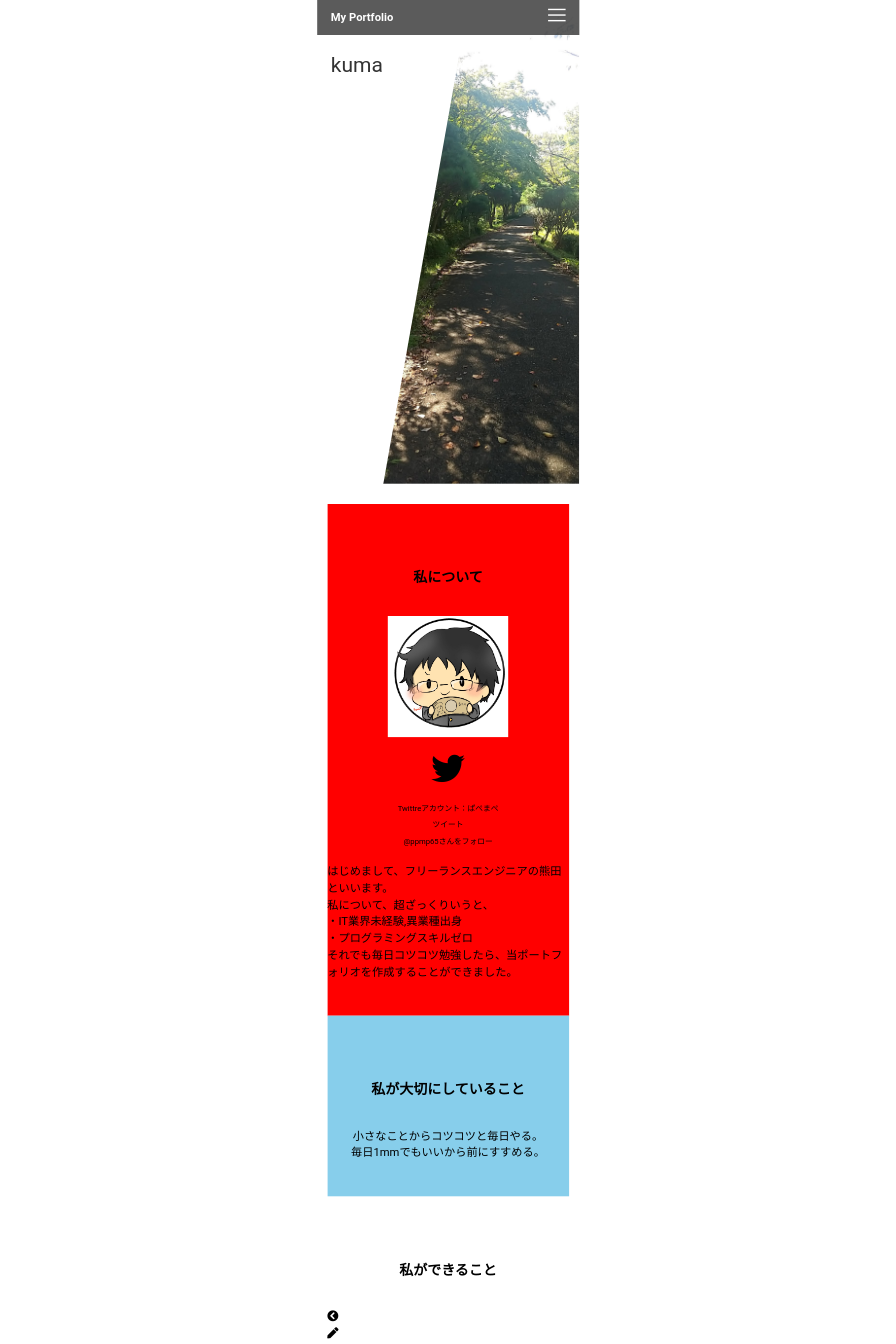
Repository: ppmp556/portfolio6
Page: index copy.html
The author's editor kept a copy of each file at every save. The page is drawn from the files as they stood at one save, then again after the next save.
The browser window is 1280 px wide. The pictures show the part of the page from y = 0 to 1920 px (the page is 3189 px tall), at 70% of full size.
Some web libraries are served in a nearby version. The style sheet was rebuilt from its Sass, Less or Tailwind sources for each picture, by a compiler version that may differ from the author's.

Above is the page before, as saved 2020-10-12 22:28:37.
Console error: TypeError: Cannot read properties of null (reading 'addEventListener')

### index copy.html
<!DOCTYPE html>
<html ja>
  <head>
    <meta charset="utf-8" />
    <meta
      name="viewport"
      content="width=device-width, initial-scale=1.0, maximum-scale=1.0, minimum-scale=1.0"
    />
    <title>ポートフォリオ</title>
    <link rel="stylesheet" href="css/faundation.css" />
    <link rel="stylesheet" href="css/main.css" />
    <link
      href="https://use.fontawesome.com/releases/v5.6.1/css/all.css"
      rel="stylesheet"
    />
    <script src="https://ajax.googleapis.com/ajax/libs/jquery/3.4.1/jquery.min.js"></script>
  </head>

  <body>
    <div class="container">

      <div class="kv" id="kv">
        <div class="kv_container">
          <p class="kv_ttl">kuma</p>
          <img src="images/道.jpg" alt="" class="kv_img">


          <!-- <img src="/images/3566338_s.jpg" alt="" class="kv_img"> -->
          <!-- <img src="/images/3566338_s.jpg" alt="" class="kv_img"> -->
          <!-- <img src="/images/3566338_s.jpg" alt="" class="kv_img"> -->
          <!-- <img src="/images/3566338_s.jpg" alt="" class="kv_img"> -->
          <div class="kv_wrapper line">
            <p class="kv_animetype">
                <!-- ポートフォリオ<span class="line_type">|</span> -->
            </p><!-- /.kv_animetype -->

          </div><!-- /.kv_wrapper -->
        </div><!-- /.kv_container -->
      </div>
      <!-- /#kv.kv -->

      <header class="header" id="top">
        <div class="header_inner flex">
          <h1 class="header_ttl"><a href="index.html">My Portfolio</a></h1>
          <!-- /.header_ttl -->

          <nav class="nav">
            <!-- ハンバーガーメニュー部分 -->

            <div class="nav_ham" id="nav_toggle">
              <span class="nav_line tg1"></span>
              <span class="nav_line tg2"></span>
              <span class="nav_line tg3"></span>
            </div>
            <!-- ハンバーガーメニューここまで -->

            <ul class="nav_list flex">
              <div class="nav_inner">
                <li class="nav_item">
                  <a href="#Top" class="nav_link">TOP</a>
                </li>
                <!-- /.nav_item -->
                <li class="nav_item">
                  <a href="#about" class="nav_link">Profile</a>
                </li>
                <!-- /.nav_item -->
                <li class="nav_item">
                  <a href="#skill" class="nav_link">Skill</a>
                </li>
                <!-- /.nav_item -->
                <li class="nav_item">
                  <a href="#blog" class="nav_link">Blog</a>
                </li>
                <!-- /.nav_item -->
                <li class="nav_item">
                  <a href="#create" class="nav_link">Create</a>
                </li>
                <!-- /.nav_item -->
              </div><!-- /.nav_inner -->
            </ul>
            <!-- /.nav_list -->
          </nav>
          <!-- /.nav -->
        </div><!-- /.header_inner -->
      </header>
      <!-- /.header -->



      <main class="main_container">
        <div class="inner">

          <section class="about" id="about">
            <h2 class="section_ttl">私について</h2>
            <!-- /.section_ttl -->

            <div class="section_inner">
              <div class="about_left">
                <div class="about_imgbox">
                  <img src="images/アイコン.jpg" alt="" class="about_img">
                  <div class="about_share">
                    <a href="" class="about_share_icon">
                      <i class="fab fa-twitter fa-3x share"></i>
                      <p class="about_sharetxt">Twittreアカウント：ぱぺまぺ</p>
                      <!-- /.about_sharetxt --> </a
                    ><!-- /.about_share_icon -->
                      <br>
                    <a
                      href="https://twitter.com/share"
                      class="twitter_share_button"
                      data-via="webgaku"
                      data-lang="ja"
                      >ツイート</a
                    >
                      <br>
                    <a
                      href="https://twitter.com/ppmp65"
                      class="twitter_follow_button"
                      data-show-count="false"
                      data-lang="ja"
                      >@ppmp65さんをフォロー</a
                    >
                  </div>
                  <!-- /.about_share -->
                </div>
                <!-- /.about_imgbox -->
              </div>
              <!-- /.about_left -->

              <div class="about_right">
                <p class="about_txt">
                  はじめまして、フリーランスエンジニアの熊田といいます。<br />
                  私について、超ざっくりいうと、<br />

                  ・IT業界未経験,異業種出身 <br />
                  ・プログラミングスキルゼロ<br />

                  それでも毎日コツコツ勉強したら、当ポートフォリオを作成することができました。
                </p>
                <!-- /.about_txt -->
              </div>
              <!-- /.about_right -->
            </div>
            <!-- /.section_inner -->
          </section>
          <!-- /#about.about -->

          <section class="policy" id="policy">
            <h2 class="section_ttl">私が大切にしていること</h2>
            <!-- /.section_ttl -->

            <div class="policy_animebox">
              <div class="policy_anime">
                <p class="policy_txt">
                  小さなことからコツコツと毎日やる。<br />
                  毎日1mmでもいいから前にすすめる。
                </p>
                <!-- /.policy_txt -->
              </div>
              <!-- /.policy_anime -->
            </div>
            <!-- /.policy_anime -->
          </section>
          <!-- /#policy.policy -->

          <section class="skill" id="skill">
            <div class="scroll_fade_row">
              <h2 class="section_ttl">私ができること</h2>
              <!-- /.section_ttl -->

              <div class="skill_box">
                <div class="skill_content">
                  <div class="slide_btn prev">
                    <i class="fas fa-chevron-circle-left"></i>
                  </div>
                  <!-- /.slide_btn -->

                  <div class="skill_inner">
                    <div class="skill_inbox slide active">
                      <i class="skillIcon fas fa-pen"></i>
                      <p class="skill_inboxttl">執筆</p>
                      <!-- /.skill_inboxttl -->
                      <p class="skill_txt">
                        文章を考えるのが好きです<br />
                        ブログ執筆で毎日1000～2000文字程度<br />
                        書いています。<br />
                        ブログは毎日1日1記事更新。
                      </p>
                      <!-- /.skill_txt -->
                    </div>
                    <!-- /.skill_inbox -->

                    <div class="skill_inbox slide active">
                      <i class="skillIcon fas fa-code"></i>
                      <p class="skill_inboxttl">コーディング</p>
                      <!-- /.skill_inboxttl -->
                      <p class="skill_txt">
                        独学とプログラミングスクール併用<br />
                        全くの知識ゼロから始めました。<br />
                      </p>
                      <!-- /.skill_txt -->
                    </div>
                    <!-- /.skill_inbox -->

                    <div class="skill_inbox slide active">
                      <i class="skillIcon fas fa-pen"></i>
                      <p class="skill_inboxttl">執筆</p>
                      <!-- /.skill_inboxttl -->
                      <p class="skill_txt">
                        文章を考えるのが好きです<br />
                        ブログ執筆で毎日1000～2000文字程度<br />
                        書いています。<br />
                        ブログは毎日1日1記事更新。
                      </p>
                      <!-- /.skill_txt -->
                    </div>
                    <!-- /.skill_inbox -->

                    <div class="skill_inbox slide active">
                      <i class="skillIcon fas fa-cog"></i>
                      <p class="skill_inboxttl">執筆</p>
                      <!-- /.skill_inboxttl -->
                      <p class="skill_txt">
                        文章を考えるのが好きです<br />
                        ブログ執筆で毎日1000～2000文字程度<br />
                        書いています。<br />
                        ブログは毎日1日1記事更新。
                      </p>
                      <!-- /.skill_txt -->
                    </div>
                    <!-- /.skill_inbox -->
                  </div>
                  <!-- /.skill_inner -->
                </div>
                <!-- /.skill_content -->
              </div>
              <!-- /.skill_box -->
            </div>
            <!-- /.scroll_fade_row -->
          </section>
          <!-- /#skill.skill -->

          <section class="blog" id="blog">
            <div class="scroll_fade_row">
              <h2 class="section_ttl">ブログ</h2>
              <!-- /.section_ttl -->

              <div class="section_inner">
                <h3 class="blog_txt">ぱぺまぺの低年収者のための資産運用計画</h3>
                <!-- /.blog_txt -->

                <div class="blog_imgbox">
                  <a href="https://ppmp556.com"
                    >https://ppmp556.com
                    <img
                      class="blogImg"
                      src="images/invest01.png"
                      alt="ブログ1"
                    />
                  </a>
                </div>
                <!-- /.blog_imgbox -->
                <div class="blog_txtbox">
                  <p class="blog_txt">
                    投資ブログです。<br />
                    資金が少なくてもできる投資や、<br />
                    初心者向けの投資、投資についての考え方や<br />
                    ヒントなどを発信しています。（1日1記事更新）
                  </p>
                  <!-- /.blog_txt -->
                </div>
                <!-- /.blog_txtbox -->
              </div>
              <!-- /.section_inner -->
            </div>
            <!-- /.scroll_fade_row -->
          </section>
          <!-- /#blog.blog -->

          <section class="create" id="create">
            <div class="scroll_fade_row">
              <h2 class="section_ttl">制作物</h2>
              <!-- /.section_ttl -->
              <div class="section_inner">
                <div class="create_imgbox">
                  <p class="create_ttl">ポートフォリオ<br />（このサイト）</p>
                  <!-- /.create_ttl -->

                  <!-- アコーディオンメニュー実装する -->
                </div>
                <!-- /.create_imgbox -->
              </div>
              <!-- /.section_inner -->
            </div>
            <!-- /.scroll_fade_row -->
          </section>
          <!-- /#create.create -->
        </div>
        <!-- /.inner -->
      </main>

      <footer class="footer">
        <ul class="footer_list">
          <li class="footer_nav">
            <a href="" class="footer_link"></a>
          </li>
          <!-- /.footer_nav -->
          <li class="footer_nav">
            <a href="" class="footer_link"></a>
          </li>
          <!-- /.footer_nav -->
          <li class="footer_nav">
            <a href="" class="footer_link"></a>
          </li>
          <!-- /.footer_nav -->
          <li class="footer_nav">
            <a href="" class="footer_link"></a>
          </li>
          <!-- /.footer_nav -->
          <li class="footer_nav">
            <a href="" class="footer_link"></a>
          </li>
          <!-- /.footer_nav -->
        </ul>
        <!-- /.footer_list -->

        <div class="footer_copy">
          <small class="footer_txt">@ copyright</small
          ><!-- /.footer_txt -->
        </div>
        <!-- /.footer_copy -->
      </footer>
      <!-- /.footer -->
    </div>
    <!-- /.container -->

    <!-- <btn id="page-top"><a href="#top">PAGE TOP</a></btn> -->
    <script src="https://code.jquery.com/jquery-3.4.1.js"></script>
    <script src="main.js"></script>
  </body>
</html>

### css/faundation.css
/*
html5doctor.com Reset Stylesheet
v1.6.1
Last Updated: 2010-09-17
Author: Richard Clark - http://richclarkdesign.com
Twitter: @rich_clark
*/

html,
body,
div,
span,
object,
iframe,
h1,
h2,
h3,
h4,
h5,
h6,
p,
blockquote,
pre,
abbr,
address,
cite,
code,
del,
dfn,
em,
img,
ins,
kbd,
q,
samp,
small,
strong,
sub,
sup,
var,
b,
i,
dl,
dt,
dd,
ol,
ul,
li,
fieldset,
form,
label,
legend,
table,
caption,
tbody,
tfoot,
thead,
tr,
th,
td,
article,
aside,
canvas,
details,
figcaption,
figure,
footer,
header,
hgroup,
menu,
nav,
section,
summary,
time,
mark,
audio,
video {
  margin: 0;
  padding: 0;
  border: 0;
  outline: 0;
  font-size: 100%;
  vertical-align: baseline;
  background: transparent;
}

body {
  line-height: 1.5;
}

article,
aside,
details,
figcaption,
figure,
footer,
header,
hgroup,
menu,
nav,
section {
  display: block;
}

nav ul {
  list-style: none;
}

table {
  border-collapse: collapse;
  border-spacing: 0;
}


a {
  color: inherit;
  text-decoration: none;
}


img {
  width: 100%;

  /*画像がはみでるのを防ぐ　max-width*/
  max-width: 100%;
  height: auto;

  vertical-align: bottom;
}

/* h1,h2,h3,h4,h5,h6 { */
/* font-weight: bold; */
/* } */

### css/main.scss
@charset 'utf-8';

/****************************************:

全体のスタイル

*****************************************:*/


$cWhite: #ffffff;
$cOcher: #c1a250;
$cBlack: #333;
$cGray: rgb(139, 137, 137);
$cBgColor: #eaebed;


$widthPc: 1024px;
$widthTab: 764px;
$widthSp: 480px;

@mixin fontsize($cFontSz: 3.6rem) {
    font-size: $cFontSz;
    color: $cWhite;
}





@mixin pc {
    @media screen and (min-width: $widthPc) {
        @content;
    }
}


@mixin tab {
    @media screen and (min-width: $widthTab) and (max-width: $widthPc) {
        @content;
    }
}



html {
    // ルートのフォントサイズ 10pxに設定
    font-size: 62.5%;
}

body {
    // デフォルトのフォントサイズ 16pxと同等のサイズに設定
    font-size: 1.6em;
    font-size: 16px;
    width: 375px;
    margin: 0 auto;
    font-family: "Roboto", sans-serif, "Noto Sans";
}


* {
    box-sizing: border-box;
}


.overall {
    font-family: "Yu Gothic", YuGothic, "Hiragino Kaku Gothic Pro", "YuGothic",
        "Meiryo", verdana, "Osaka", "MS PGothic", Sans-Serif, "Yu Mincho",
        YuMincho, "MS P Mincho", serif;

    background-color: $cBgColor;
}

.container {
    width: 100%;
    margin: 0 auto;
    // color: $cWhite;
    position: relative;
    overflow: hidden;
}



.mock {
    /* モック画像 */
    position: absolute;
    top: 0;
    left: 0;
    right: 0;
    margin: 0 auto;
    width: 375px;
    opacity: 0.3;

    /* 反転 */
    filter: hue-rotate(180deg);

    /* テキストを掴まないように */
    pointer-events: none;

    z-index: 999;
}



.flex {
    display: flex;
    justify-content: space-between;
}

.inner {
    margin: 0 auto;
    padding: 0 15px;
}

.section_ttl {
    display: block;
    text-align: center;
    margin: 40px 0;
    font-size: 2rem;
}

/****************************************:

kv

*****************************************:*/

.kv {
    position: relative;
    // background-color: red;

    &_container {
        height: 100vh;

        clip-path: polygon(58% 0, 100% 0, 100% 100%, 24% 100%);



    }

    &::before {
        content: 'kuma';

        position: absolute;
        top: 70px;
        left: 20px;
        font-size: 3rem;
        color: $cBlack;

    }

    &_ttl {
        color: $cBlack;
        font-size: 2;
    }


    &_img {
        background: linear-gradient(rgba(0,0,0,.5), rgba(0,0,0,.5));
        width: 100%;
        // height: 100%;
        display: block;

    }

    &_wrapper {
        position: absolute;
        top: 50%;
        left: 50%;
        transform: translate(-50%, -50%);
    }

    &_animetype {
        color: $cWhite;
    }


}


/****************************************:
タイプアニメーション
*****************************************:*/


.line {
    // position: relative;
    top: 50%;
    width: 24em;
    text-align: center;
    margin: 0 auto;
    font-size: 100%;
    white-space: nowrap;
    overflow: hidden;
    animation: type 2.5s steps(80, end);
    animation: typewriter 4s steps(60) 1s 1 normal both,
    /* normal:標準の方向で実行、both:forwardsとbackwardsの両方の規定に従う */
    blinkTextCursor 500ms steps(60) infinite normal;

    &_type {
        font-size: 25px;
        animation: blink 1s infinite;
        /* blink:点滅、infinite:無限に繰り返す */
    }
}



@keyframes type {
    from { width: 0; }
    to   {width: 100%; }
}


@keyframes blink {
    to{opacity: .0;}
}


@keyframes typewriter {
    from { width: 0; }
    to { width: 24em; }
}

@keyframes blinkTextCursor{/*点滅するカーソルのアニメーション*/
    from { border-right-color: $cWhite; }
    to { border-right-color: transparent; }
}





/****************************************:

policy

*****************************************:*/

.policy {
    padding: 50px 0;
    background-color: skyblue;
    margin: 0 auto;

    &_txt {
        text-align: center;

    }
}









/****************************************:

skill

*****************************************:*/


.skill {
    padding: 50px 0;
}














/****************************************:

header

*****************************************:*/

.header {
    position: absolute;
    top: 0;
    left: 0;
    width: 100%;
    background-color: $cBlack;
    opacity: 0.8;
    padding: 0 20px;
    line-height: 50px;
    color: $cWhite;
    z-index: 99;

    &.clicked {
        background-color: transparent;
    }

    &_inner.clicked {
        width: 85%;
        padding: 0 20px;
        margin-left: 35%;
        background-color: red;
        transition: .3s;
    }
}









/****************************************:

nav

*****************************************:*/

.nav {
    position: relative;



    &_list {
        position: absolute;
        right: -1000px;
        // right: -5vw;
        display: flex;
        flex-direction: column;

        &.clicked {
            right: -5vw;
            transition: .6s;
        }
    }

    &_inner {
        background-color: red;
        height: 88.9vh;
        width: 60.1vw;
        margin-top: 17%;

    }

    // ハンバーガーメニュー
    &_ham {
        cursor: pointer;
        position: absolute;
        top: 50%;
        right: 0;
        transform: translateY(-50%);
        // background-color: #ffffff;
        width: 25px;
        height: 25px;
        z-index: 100;

        &.clicked {
            right: 40px;
        }
    }

    &_line {
        position: absolute;
        width: 100%;
        height: 2px;
        background-color: $cWhite;

        &:nth-child(1) {
            top: 0px;
            // left: -5px;

        }

        &:nth-child(2) {
            top: 8px;
            // left: 5px;
        }

        &:nth-child(3) {
            top: 16px;
            /* left: -5px; */
        }

        &.clicked:nth-child(1) {
            transform: translateY(12px) rotate(-315deg);
            transition: .5s;

        }
        &.clicked:nth-child(2) {
            left: 0;
            transition: .9s;
            opacity: 0;

        }
        &.clicked:nth-child(3) {
            transform: translateY(-4px) rotate(315deg);
            transition: .5s;

        }




    }

    &_item {
        text-align: center;
    }


}




/****************************************:

about

*****************************************:*/

.about {
    padding: 50px 0;
    background-color: red;

    &_imgbox {
        width: 50%;
        margin: 0 auto;
    }

    &_img {
        display: block;
        width: 100%;
        height: 100%;
    }

    &_share {
        text-align: center;

        &_icon {
            width: 100%;
        }
    }
    &_sharetxt {
        display: inline-block;
        font-size: 1.1rem;
    }

    &_left {
        margin: 20px 0;
    }
}

.share {
    padding: 20px 0;

    &:hover {
        margin-bottom: 5px;
    }
}

.twitter {

    &_share_button {
        font-size: 1.1rem;
    }

    &_follow_button {
        font-size: 1.1rem;
    }
}

.fa-twitter {
    font-size: 2rem;
}

Loaded but not shown: main.js (197 lines, source omitted)

After the next save:
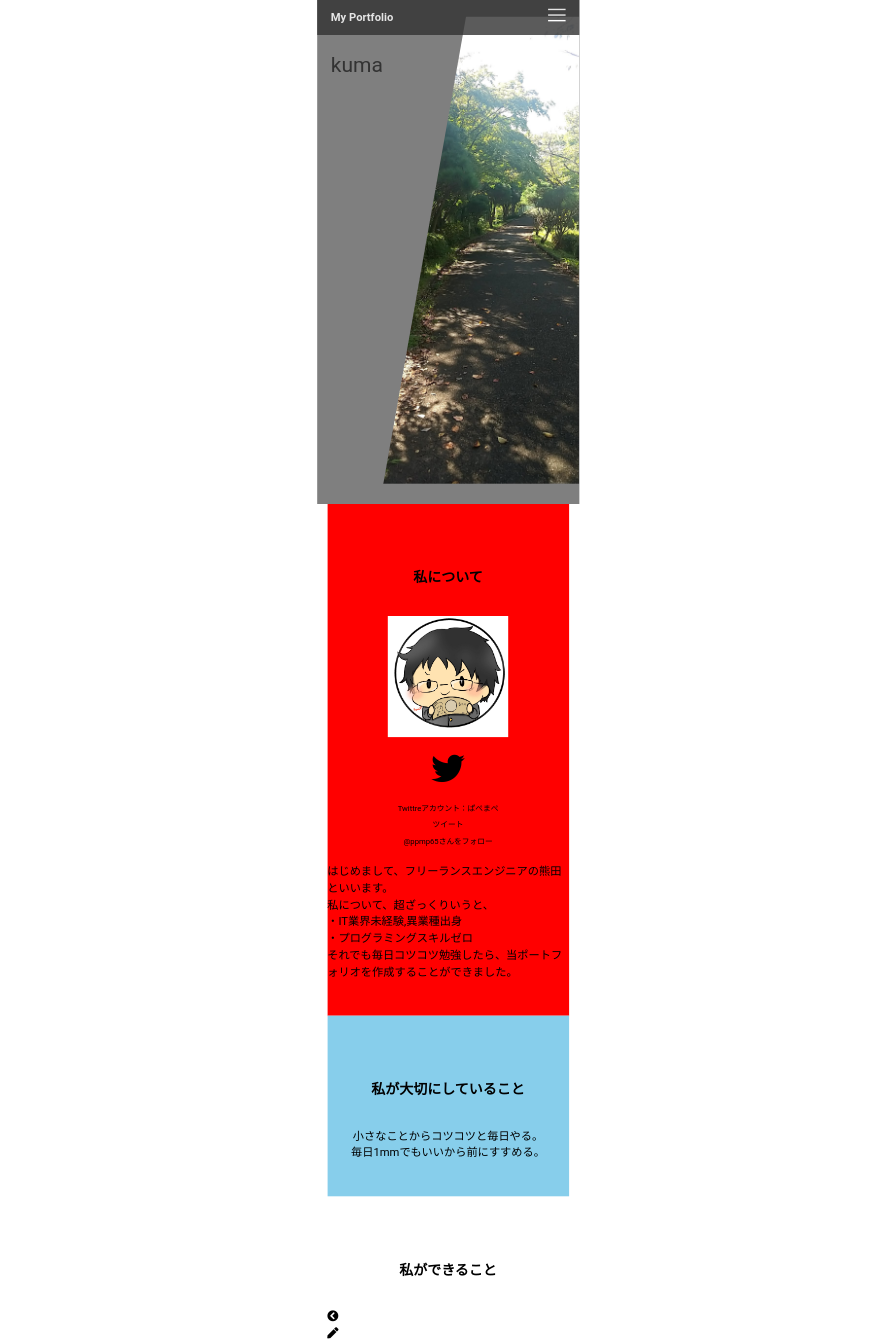
Saved 30 s later.
--- a/css/main.scss
+++ b/css/main.scss
@@ -127,6 +127,7 @@ kv
 .kv {
     position: relative;
     // background-color: red;
+    background: linear-gradient(rgba(0,0,0,.5), rgba(0,0,0,.5));
 
     &_container {
         height: 100vh;
@@ -155,7 +156,6 @@ kv
 
 
     &_img {
-        background: linear-gradient(rgba(0,0,0,.5), rgba(0,0,0,.5));
         width: 100%;
         // height: 100%;
         display: block;
